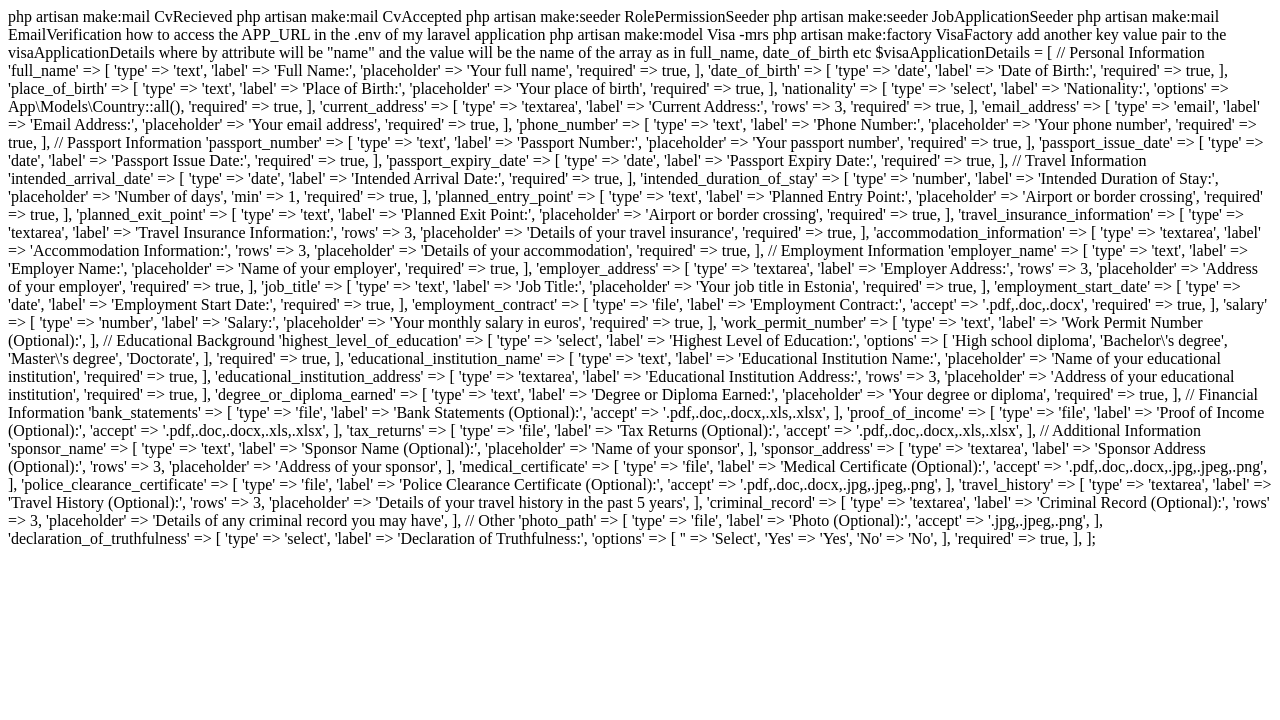
Repository: greatchriz/job
Page: project.html
These files come from the project's save history. The page is drawn as it stood at one moment and after the next save; the edit follows.
The browser window is 1280 px wide. The pictures show the whole page.

Above is the page before, as saved 2023-12-08 15:51:56.

After the next save:
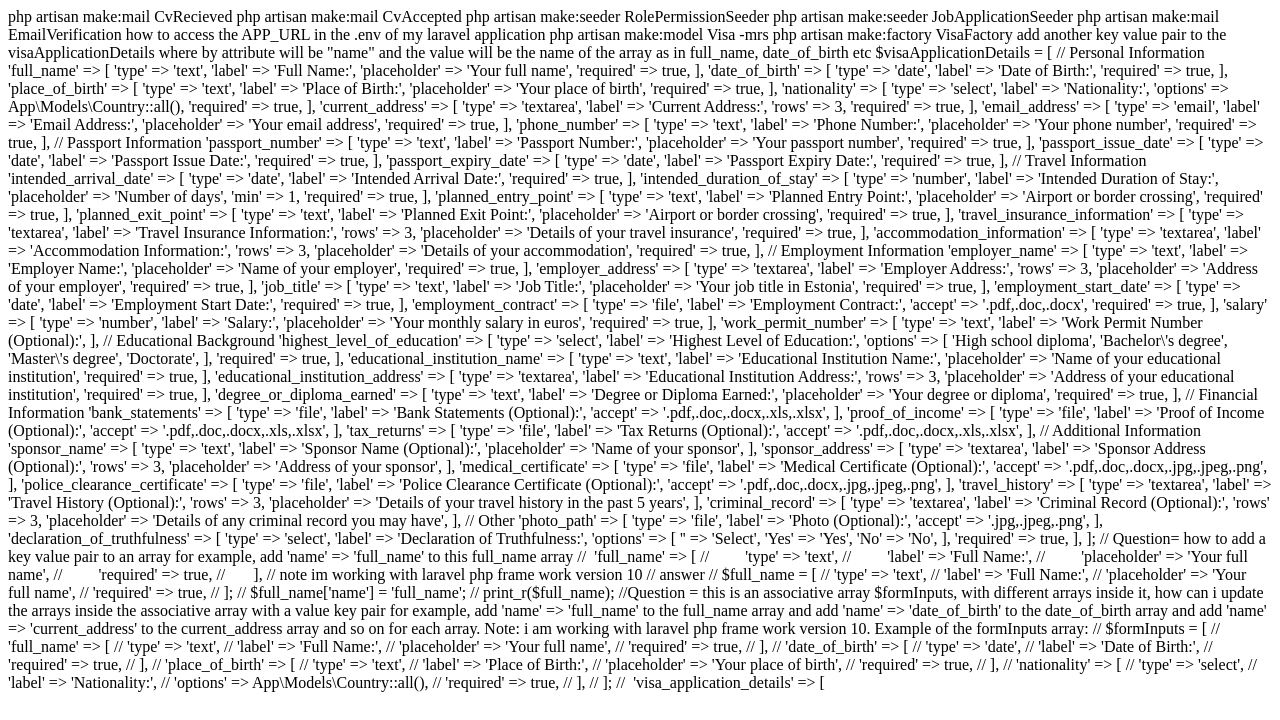
Saved 107 s later.
--- a/project.html
+++ b/project.html
@@ -267,3 +267,56 @@ $visaApplicationDetails = [
     'required' => true,
 ],
 ];
+
+
+
+
+// Question= how to add a key value pair to an array for example, add 'name' => 'full_name' to this full_name array
+//  'full_name' => [
+//         'type' => 'text',
+//         'label' => 'Full Name:',
+//         'placeholder' => 'Your full name',
+//         'required' => true,
+//       ],
+// note im working with laravel php frame work version 10
+
+// answer
+// $full_name = [
+//     'type' => 'text',
+//     'label' => 'Full Name:',
+//     'placeholder' => 'Your full name',
+//     'required' => true,
+// ];
+
+// $full_name['name'] = 'full_name';
+
+// print_r($full_name);
+
+//Question = this is an associative array $formInputs, with different arrays inside it, how can i update the arrays inside the associative array with a value key pair for example, add 'name' => 'full_name' to the full_name array and add 'name' => 'date_of_birth' to the date_of_birth array and add 'name' => 'current_address' to the current_address array and so on for each array. Note: i am working with laravel php frame work version 10. Example of the formInputs array:
+// $formInputs = [
+//     'full_name' => [
+//         'type' => 'text',
+//         'label' => 'Full Name:',
+//         'placeholder' => 'Your full name',
+//         'required' => true,
+//     ],
+//     'date_of_birth' => [
+//         'type' => 'date',
+//         'label' => 'Date of Birth:',
+//         'required' => true,
+//     ],
+//     'place_of_birth' => [
+//         'type' => 'text',
+//         'label' => 'Place of Birth:',
+//         'placeholder' => 'Your place of birth',
+//         'required' => true,
+//     ],
+//     'nationality' => [
+//         'type' => 'select',
+//         'label' => 'Nationality:',
+//         'options' => App\Models\Country::all(),
+//         'required' => true,
+//     ],
+// ];
+
+//  'visa_application_details' => [
